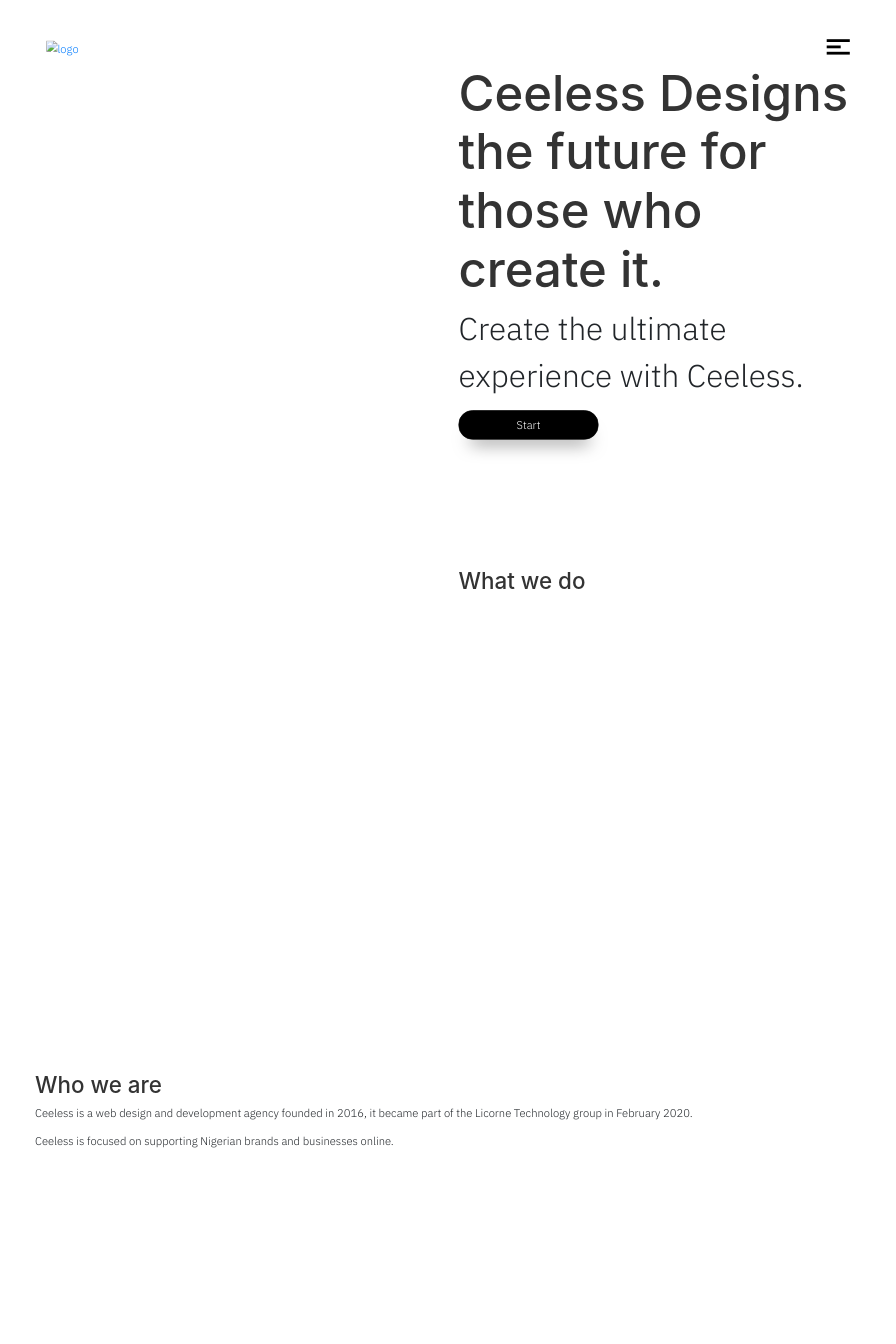
Repository: Licorne-Technologies/Ceeless-v2
Page: index.html
An editor plug-in stored every save of this project. The page is shown before and after the next save, followed by the edit.
The browser window is 1280 px wide. The pictures show the part of the page from y = 0 to 1920 px (the page is 3037 px tall), at 70% of full size.
Some web libraries are served in a nearby version. The style sheet was rebuilt from its Sass, Less or Tailwind sources for each picture, by a compiler version that may differ from the author's.

Above is the page before, as saved 2020-06-15 12:44:25.

### index.html
<!DOCTYPE html>
<html lang="en">
<head>
    <meta charset="UTF-8">
    <meta name="viewport" content="width=device-width, initial-scale=1.0">
    <!-- UIkit CSS -->
    <link rel="stylesheet" href="https://cdn.jsdelivr.net/npm/uikit@3.5.4/dist/css/uikit.min.css" />
    <!--Bootstrap-->
    <link rel="stylesheet" href="https://stackpath.bootstrapcdn.com/bootstrap/4.4.1/css/bootstrap.min.css" integrity="sha384-Vkoo8x4CGsO3+Hhxv8T/Q5PaXtkKtu6ug5TOeNV6gBiFeWPGFN9MuhOf23Q9Ifjh" crossorigin="anonymous">
    <!--Font awesome -->
    <link rel="stylesheet" href="https://stackpath.bootstrapcdn.com/font-awesome/4.7.0/css/font-awesome.min.css">
    <!--Stylesheet-->
    <link rel="stylesheet" href="css/stylesheet.css">
    <title>Ceeless || Licorne Technologies</title>
</head>
<body>
 <main class="wrapper pt-5">
     <!--Navigation Bar-->
    <header class="navbar">
        <div class="logo">
            <a href="index.html">
                <img src="" alt="logo">
            </a>
        </div>
        <div class="menu">
            <a class="menuIcon" href="#modal-full" uk-toggle>
                <span class="long-bar"></span>
                <span class="short-bar"></span>
                <span class="long-bar"></span>
            </a>
        </div>
        <!--Menu Modal-->
        <div id="modal-full" class="uk-modal-full" uk-modal>
            <div class="uk-modal-dialog">
                <button class="uk-modal-close-full uk-close-large" type="button" uk-close></button>
                <div class="row">
                    <div class="col">
                        <div class="menuItems">
                            <ul class="menuList">
                                <li>
                                    <a href="index.html" class="active"><i class="fa fa-home"></i>Home</a>
                                </li>
                                <li>
                                    <a href="#"><i class="fa fa-info"></i>About</a>
                                </li>
                                <li>
                                    <a href="#"><i class="fa fa-tasks" aria-hidden="true"></i>Portfolio</a>
                                </li>
                                <li>
                                    <a href="#"><i class="fa fa-plane"></i>Contact</a>
                                </li>
                            </ul>
                        </div>
                    </div>
                <div class="col"></div>
                </div>
            </div>
        </div>
    </header>
    <!--End of Navigation Bar-->



    <!--Jumbotron-->
    <section class="jumboText">
        <div class="row">
            <div class="col social-icons"></div>
            <div class="col">
                <div class="message">
                    <!--Message Text-->
                    <h1>Ceeless Designs the future for those who create it.</h1>
                    <p>Create the ultimate experience with Ceeless.</p>
                    <!--Action Btn-->
                    <a href="#" class="action-btn">Start</a>
                </div>

            </div>
        </div>
    </section>
    <!--End of Jumbotron-->

    <!--Portfolio and What We Do Section-->
    <section class="comboSection">
        <div class="row">
            <div class="col">
                <!--Portfolio Gallery-->
            </div>
            <div class="col">
                <h2 class="title">What we do</h2>
                <!--What we do Progress bar-->
            </div>
        </div>
    </section>
    <!--End of section-->

    <!--About us-->
    <section class="aboutUs">
        <div class="row">
            <div class="col">
                <h2 class="title">Who we are</h2>
                <p>Ceeless is a web design and development agency founded in 2016, it became part of the Licorne Technology group in February 2020.</p>
                <p>Ceeless is focused on supporting Nigerian brands and businesses online.</p>
            </div>
        </div>
    </section>
    <!--End of section-->

    <section class="contactUs">
        <div class="row">
            <div class="col">
                <h2 class="title">Work with us</h2>
                <h5>on your next project or get in touch for a chat.</h5>
            </div>
            <div class="col">
                <!--form-->
            </div>
        </div>
    </section>
 </main>
 <footer class="footer">
     <p>&copy;Ceeless Designs | Licorne Technologies</p>
 </footer>

<!-- UIkit JS -->
<script src="https://cdn.jsdelivr.net/npm/uikit@3.5.4/dist/js/uikit.min.js"></script>
<script src="https://cdn.jsdelivr.net/npm/uikit@3.5.4/dist/js/uikit-icons.min.js"></script>
</body>
</html>

### css/stylesheet.scss
@import 'variables';
@import 'footer';
@import 'contact';
@import 'aboutUs';
@import 'whatWeDo';
@import 'portfolio';
@import 'jumbotron';
@import 'navbar';

*{
    margin: 0;
    padding: 0;
    text-decoration: none;
    list-style: none;
    font-family: $font;
}
 section {
    height: 100vh;
}
@media screen and (min-width: 760px){
    .wrapper {
        margin: 0 50px;
    }
}

### css/_variables.scss
@import url('https://fonts.googleapis.com/css2?family=IBM+Plex+Sans:wght@300;700&display=swap');

$font: 'IBM Plex Sans', sans-serif;
$fontLight: 300;
$fontHeavy: 700;
$fontLarge: 70px;
$fontSmall: 45px;
$fontText: 20px;
$fontTextSm: 16px;
$dark: black;
$light: white;
$box-shadow: 0 5px 15px rgba(0,0,0,0.08);
$btn-shadow: 2px 20px 25px -15px rgba(0, 0, 0, 0.54);
$text-shadow: 2px 2px 4px rgba(0, 0, 0, 0.377);

### css/footer.scss
@import 'variables';

.footer {
    background-color: $dark;
    display: flex;
    align-items: center;
    p{
        color: $light;
        font-size: $fontText;
        padding: 10px;
    }
}

### css/jumbotron.scss
@import 'variables';

.message {
    display: flex;
    flex-direction: column;
    align-items: flex-start;
    h1{
        font-size: $fontLarge;
    }
    p{
        font-size: $fontSmall;
    }
}
a.action-btn {
    border: 1px solid $dark;
    background-color: $dark;
    width: 200px;
    border-radius: 20px;
    padding: 10px;
    box-shadow: $btn-shadow;
    color: $light;
    text-align: center;
    line-height: 20px;
    &:hover{
        text-decoration: none;
    }

}

### css/navbar.scss
@import 'variables';

.navbar {
    display: flex;
    width: 100%;
    justify-content: space-between;
}

.menuIcon {
    display: flex;
    flex-direction: column;
        .long-bar,.short-bar{
            border: 2px solid $dark;
            margin-bottom: 5px;
        }
        .long-bar{
            width: 33px;
        }
        .short-bar{
            width: 20px;
        }

        &:hover{
            .long-bar{
                width: 20px;
                transition: width 300ms ease-in-out 0s;

            }
            .short-bar{
                width: 33px;

            }
        }
}

.uk-modal-full {
    height: 100vh;
    background-color: $dark;
    overflow: hidden;
}
.uk-modal-close-full, .uk-close-large, .menuItems{
    background-color: $dark;
    color: $light;
}
.menuItems {
    height: 100vh;
    display: flex;
    flex-direction: column;
    justify-content: center;
}
.menuList {
    li {
        a {
            display: flex;
            align-items: center;
            color: $light;
            font-size: $fontSmall;
            line-height: $fontSmall;

            .fa {
                display: flex;
                justify-content: center;
                align-items: center;
                height: 100px;
                width: 100px;
                border-radius: 50%;
                background-color: $dark;
                color: $light;
                margin-right: 7px;
            }

            &:hover {
                text-decoration: none;

                .fa{
                    background-color: $light;
                    color: $dark;
                }
            }
        }
    }
}

Loaded but not shown: css/contact.scss (common file); css/aboutUs.scss (common file); css/whatWeDo.scss (common file); css/portfolio.scss (common file)

After the next save:
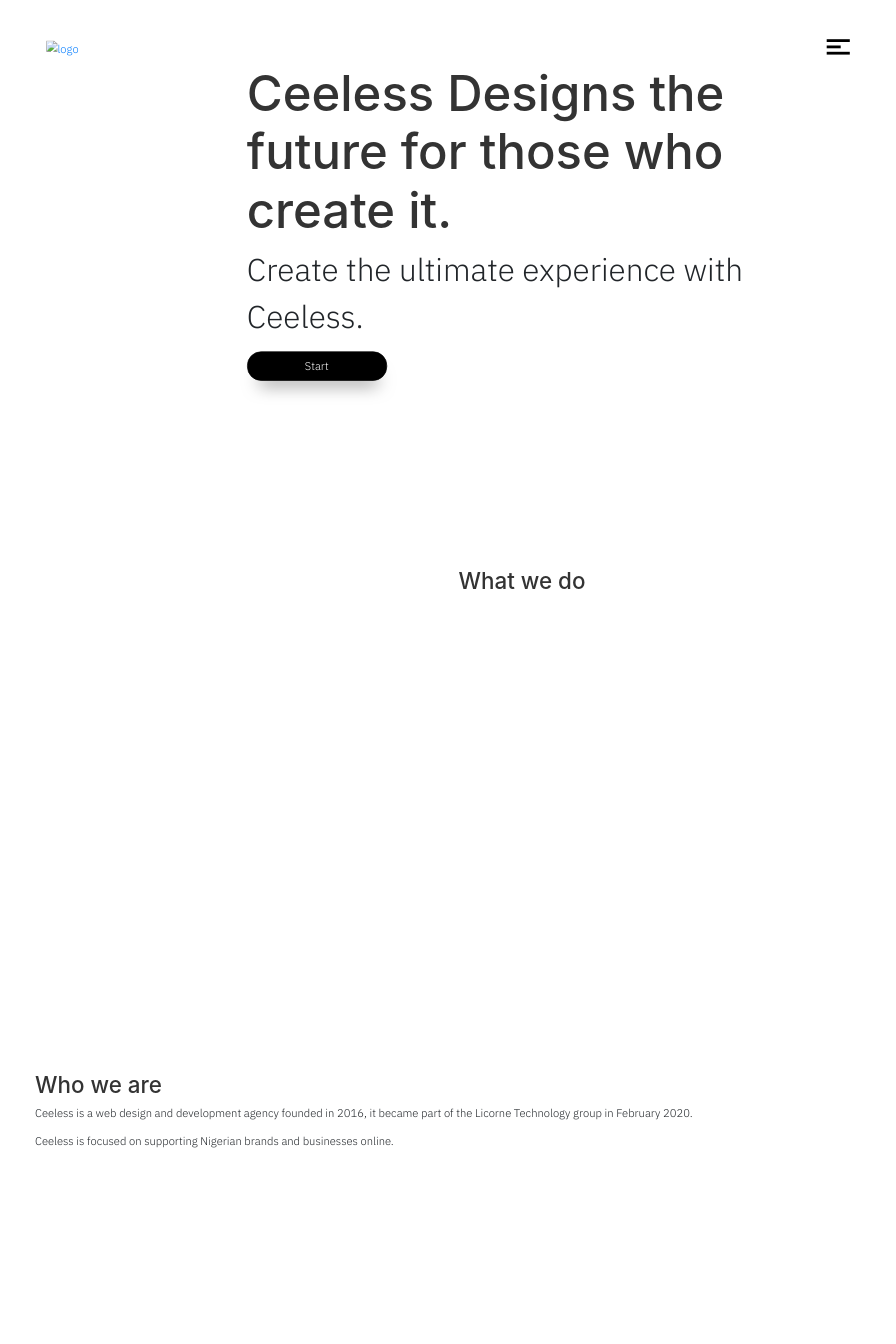
Saved 55 s later.
--- a/index.html
+++ b/index.html
@@ -64,8 +64,10 @@
     <!--Jumbotron-->
     <section class="jumboText">
         <div class="row">
-            <div class="col social-icons"></div>
-            <div class="col">
+            <div class="col-3">
+                <!--Menu icons-->
+            </div>
+            <div class="col-9">
                 <div class="message">
                     <!--Message Text-->
                     <h1>Ceeless Designs the future for those who create it.</h1>
